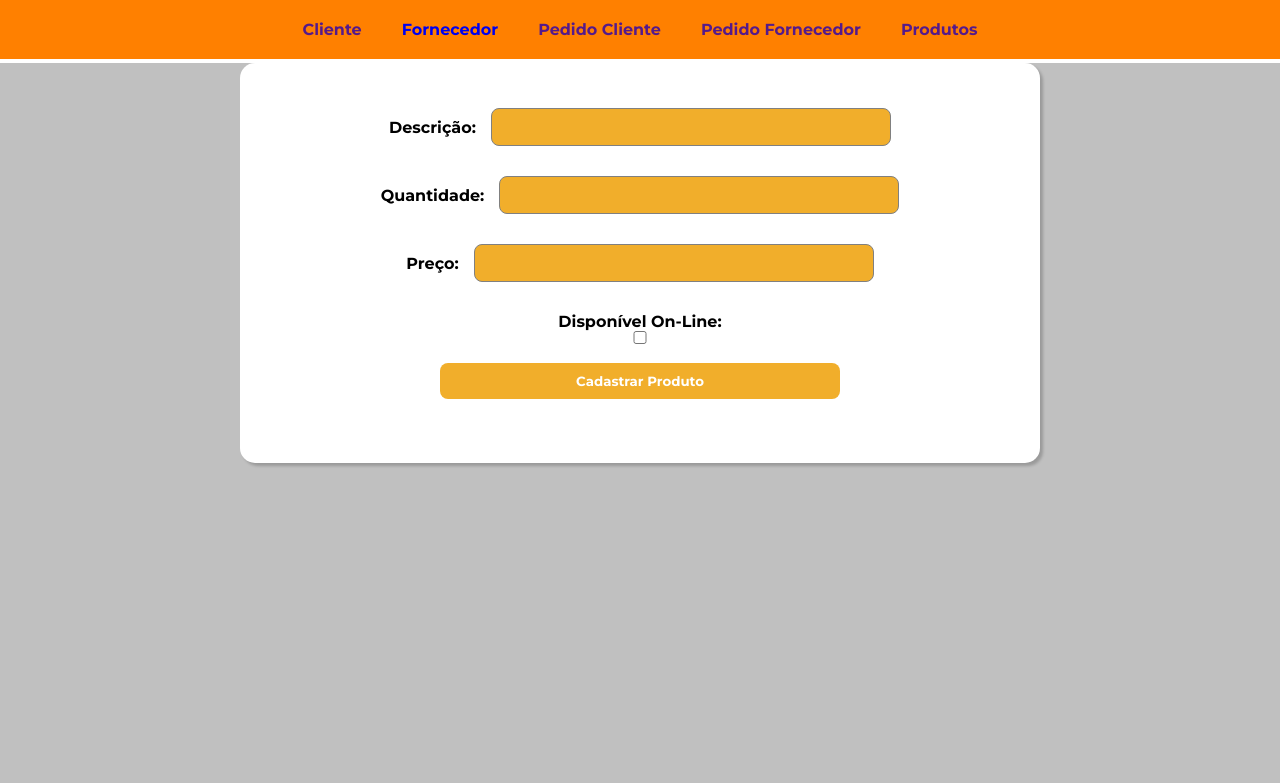
Repository: walterdmp/JavaWeb_BartoBotinas
Page: http://localhost/BartoBotinas/cadastrarFornecedor.jsp
The author's editor kept a copy of each file at every save. The page is drawn from the files as they stood at one save, then again after the next save.
The browser window is 1280 px wide. The pictures show the whole page.
The page is served by Tomcat 9. Other server files are loaded and not shown.

Above is the page before, as saved 2024-07-30 18:03:37.

### BartoBotinas/WebContent/cadastrarFornecedor.jsp
<%@ page language="java" contentType="text/html; charset=ISO-8859-1"
	pageEncoding="ISO-8859-1"%>
<!DOCTYPE html>
<html>
<head>
<link rel="stylesheet" href="css/estilo.css">

<meta charset="ISO-8859-1">
<title>Bartô Botinas</title>
</head>
<body>
	<nav class="bartoNav">
		<ul>
			<li><a href="">Cliente</a></li>
			<li><a href="cadastrarFornecedor.jsp">Fornecedor</a></li>
			<li><a href="">Pedido Cliente</a></li>
			<li><a href="">Pedido Fornecedor</a></li>
			<li><a href="">Produtos</a></li>
		</ul>
	</nav>
	<main class="bartoMain">
		<form action="" method="post" class="bananaForm">
			<div>
				<label><strong>Descrição:</strong></label><input type="text"
					name="descricao">
			</div>
			<div>
				<label><strong>Quantidade:</strong></label><input type="text"
					name="quantidade">
			</div>
			<div>
				<label><strong>Preço:</strong></label><input type="text"
					name="preco">
			</div>

			<label><strong>Disponível On-Line:</strong></label><input
				type="checkbox" name="online">
			<br>
			<div>
				<input id="bananaButton" type="submit" name="salvar"
					value="Cadastrar Produto">
			</div>
		</form>
	</main>
</body>
</html>

### BartoBotinas/WebContent/css/estilo.css
@charset "ISO-8859-1";

@import
	url('https://fonts.googleapis.com/css2?family=Montserrat:ital,wght@0,100;0,200;0,300;0,400;0,500;0,600;0,700;0,800;0,900;1,100;1,200;1,300;1,400;1,500;1,600;1,700;1,800;1,900&display=swap')
	;

* {
	margin: 0;
	padding: 0;
	box-sizing: border-box;
	text-decoration: none;
	list-style: none;
	font-family: 'Montserrat', sans-serif;
}

.bartoNav {
	width: 100vw;
}

.bartoMain {
	background-color: #c0c0c0;
	width: 100vw;
	height: 100vh;
}

.bartoNav ul {
	display: flex;
	flex-direction: row;
	gap: 40px;
	width: 100%;
	justify-content: center;
	padding: 20px;
	background-color: #ff8000;
	color: white;
	font-weight: bold;
}

.bananaForm {
	display: flex;
	flex-direction: column;
	padding: 45px;
	width: 800px;
	height: 400px;
	background-color: white;
	margin: 0 auto;
	margin-top: 4px;
	border-radius: 15px;
	box-shadow: 3px 3px 3px rgba(0, 0, 0, 0.2);
	width: 800px;
	align-items: center;
	align-self: center;
}

.bananaForm input {
	border-radius: 8px;
	border: 1px solid gray;
	width: 80px;
	padding: 10px;
	width: 400px;
	background-color: #F1AE2B;
}

.bananaForm div {
	display: flex;
	align-items: center;
	gap: 15px;
	margin-bottom: 30px;
	gap: 15px;
}

#bananaButton {
	background-color: #F1AE2B;
	border: none;
	color: white;
	font-weight: bold;
	cursor: pointer;
}

After the next save:
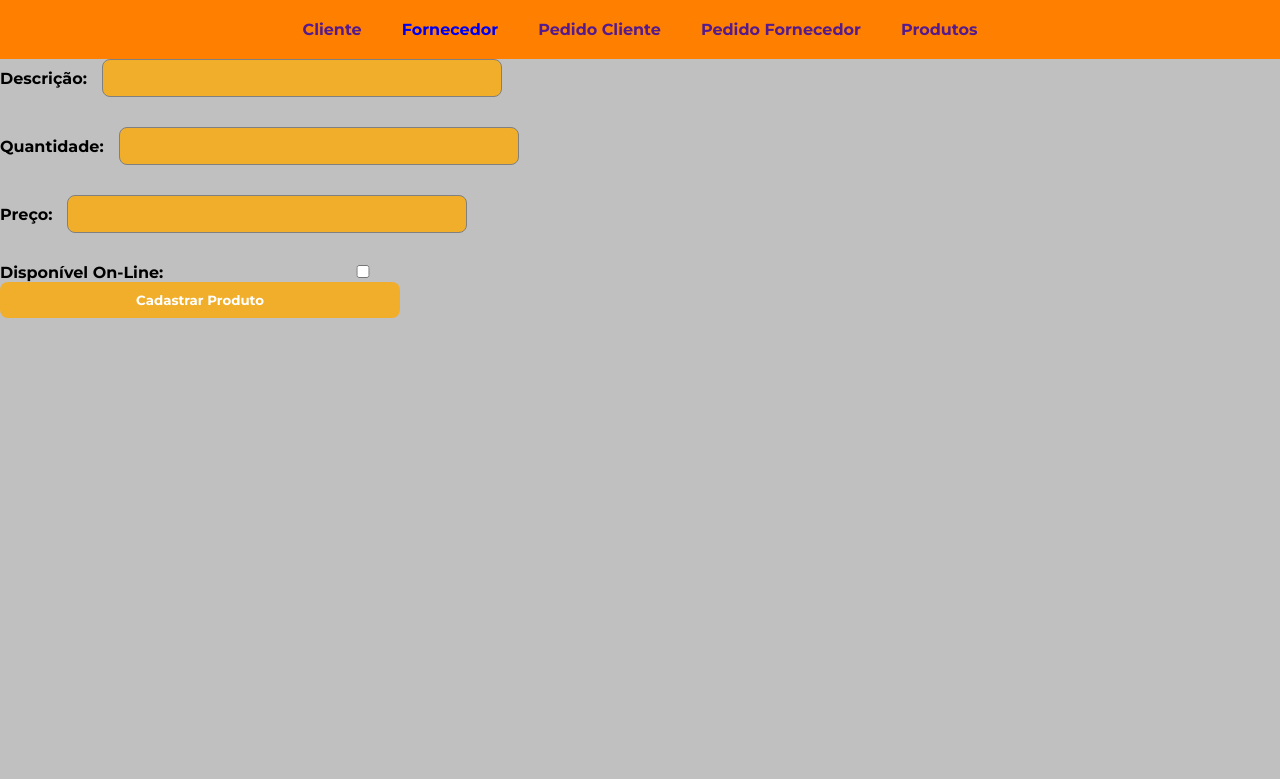
Saved 23 s later.
--- a/BartoBotinas/WebContent/css/estilo.css
+++ b/BartoBotinas/WebContent/css/estilo.css
@@ -35,7 +35,7 @@
 	font-weight: bold;
 }
 
-.bananaForm {
+.bartoForm {
 	display: flex;
 	flex-direction: column;
 	padding: 45px;
